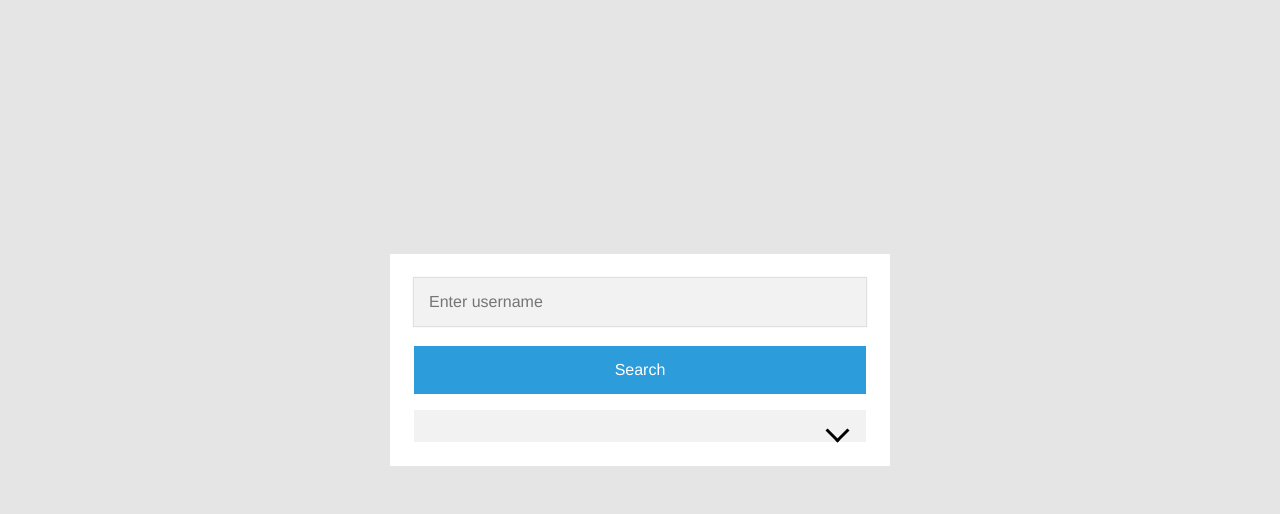
Repository: damianceglarz/ynd
Page: /
The author's editor kept a copy of each file at every save. The page is drawn from the files as they stood at one save, then again after the next save.
The browser window is 1280 px wide. The pictures show the whole page.
The project was rebuilt for these pictures with package versions that can differ from the ones it lists, and the page was loaded fresh each time. Also part of the build but not shown: src/modules/UserSearch/components/UserSearchWrapper/UserSearchList/UserSearchListResult/UserSearchResultTile/UserSearchR.

Above is the page before, as saved 2021-10-03 17:09:32.

After the next save:
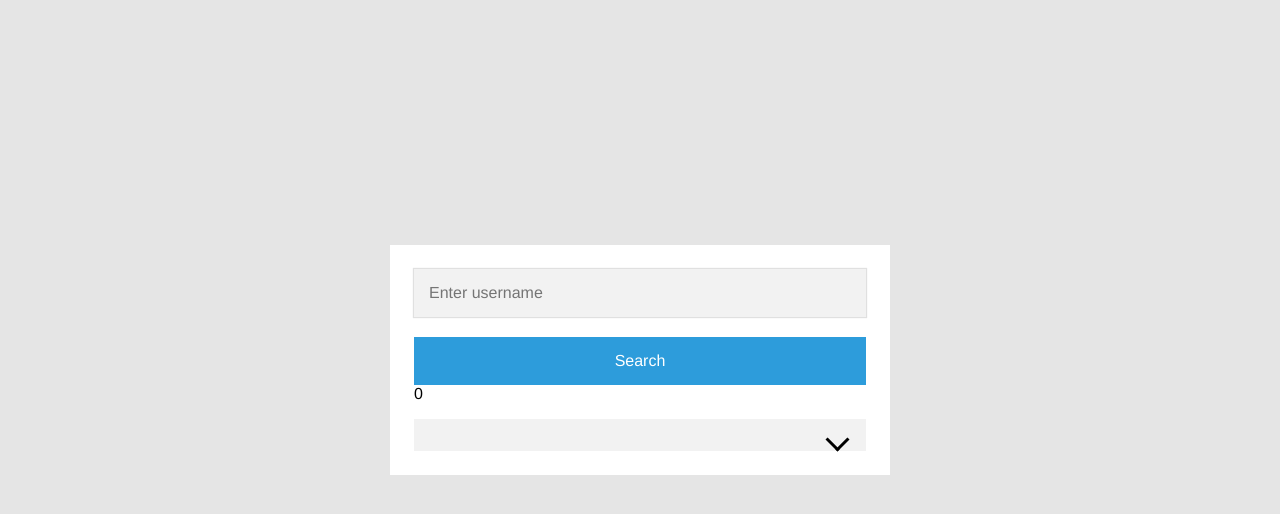
Saved 19 s later.
--- a/src/modules/UserSearch/components/UserSearchWrapper/UserSearchBox/UserSearchBox.tsx
+++ b/src/modules/UserSearch/components/UserSearchWrapper/UserSearchBox/UserSearchBox.tsx
@@ -44,7 +44,7 @@
         value={inputValue}
       />
       <Button onClick={handleSubmitClick}>Search</Button>
-      {user.searchString !== "" && (
+      {user.data.length && (
         <SearchString>Showing users for "{user.searchString}"</SearchString>
       )}
     </Box>

After the save that followed:
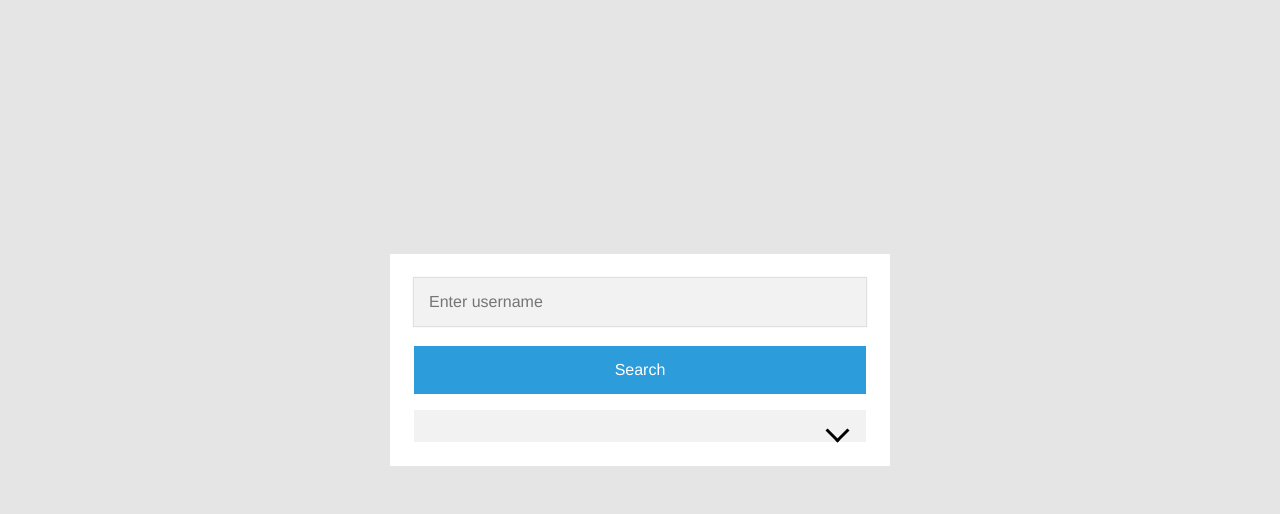
Saved 13 s later.
--- a/src/modules/UserSearch/components/UserSearchWrapper/UserSearchBox/UserSearchBox.tsx
+++ b/src/modules/UserSearch/components/UserSearchWrapper/UserSearchBox/UserSearchBox.tsx
@@ -44,8 +44,10 @@
         value={inputValue}
       />
       <Button onClick={handleSubmitClick}>Search</Button>
-      {user.data.length && (
+      {user.data.length ? (
         <SearchString>Showing users for "{user.searchString}"</SearchString>
+      ) : (
+        ""
       )}
     </Box>
   );
